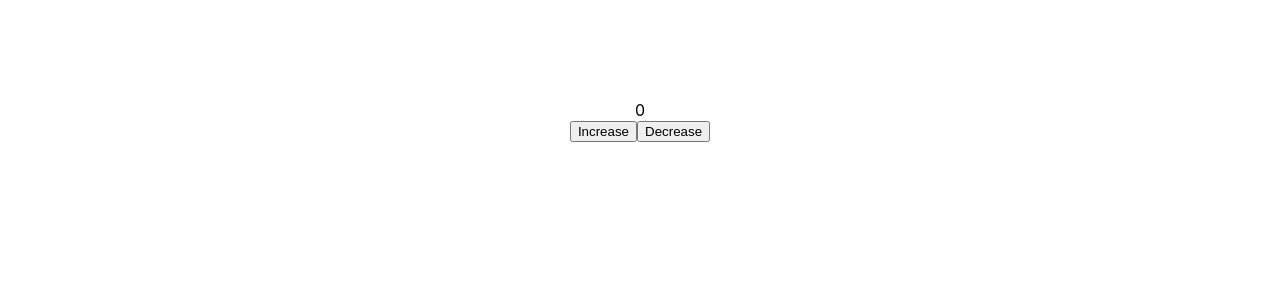
Repository: Marwa-Medhat/ReactJS-Labs
Page: / (app in myapp/)
An editor plug-in stored every save of this project. The page is shown before and after the next save, followed by the edit.
The browser window is 1280 px wide. The pictures show the whole page.
The project was rebuilt for these pictures with package versions that can differ from the ones it lists, and the page was loaded fresh each time.

Above is the page before, as saved 2021-04-25 15:07:21.

### myapp/src/App.js
import logo from './logo.svg';
import './App.css';
import React, { Component } from 'react';
// function App() {



  class Counter extends React.Component{
    constructor()
    {
      super();
      this.state={
        count:0
    }
  }
    increase=()=>{

      this.setState({count:this.state.count+1})
    }
    decrease=()=>{

      this.setState({count:this.state.count-1})
    }

    render(){
      return (
        <div >
        <div>{this.state.count}</div>
        <button onClick={this.increase}> Increase</button>
        <button onClick={this.decrease}> Decrease</button>
        </div>
      ); //return
      } //render
    }

class App extends React.Component{
  //  let style = {

  //   padding: 50,
  //  }
  render(){
  return (

    <div className="App" style={{ paddingTop: 100,}} >
   <div><Counter  /></div>
   </div>



  ); //return
  } //render
} //class App

export default App;

Loaded but not shown: myapp/public/index.html (common file); myapp/src/index.js (common file); myapp/src/index.css (common file); myapp/src/reportWebVitals.js (common file); myapp/src/App.css (common file)

After the next save:
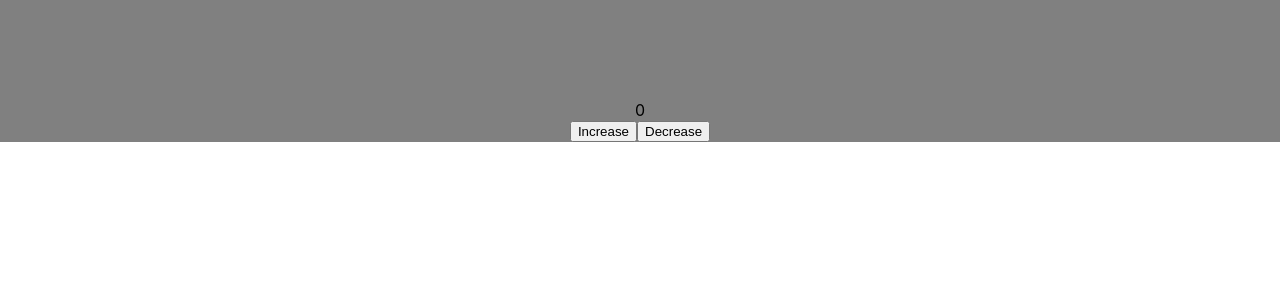
Saved 32 s later.
--- a/myapp/src/App.js
+++ b/myapp/src/App.js
@@ -41,7 +41,7 @@ class App extends React.Component{
   render(){
   return (
 
-    <div className="App" style={{ paddingTop: 100,}} >
+    <div className="App" style={{ paddingTop: 100, backgroundColor:'grey'}} >
    <div><Counter  /></div>
    </div>
 
